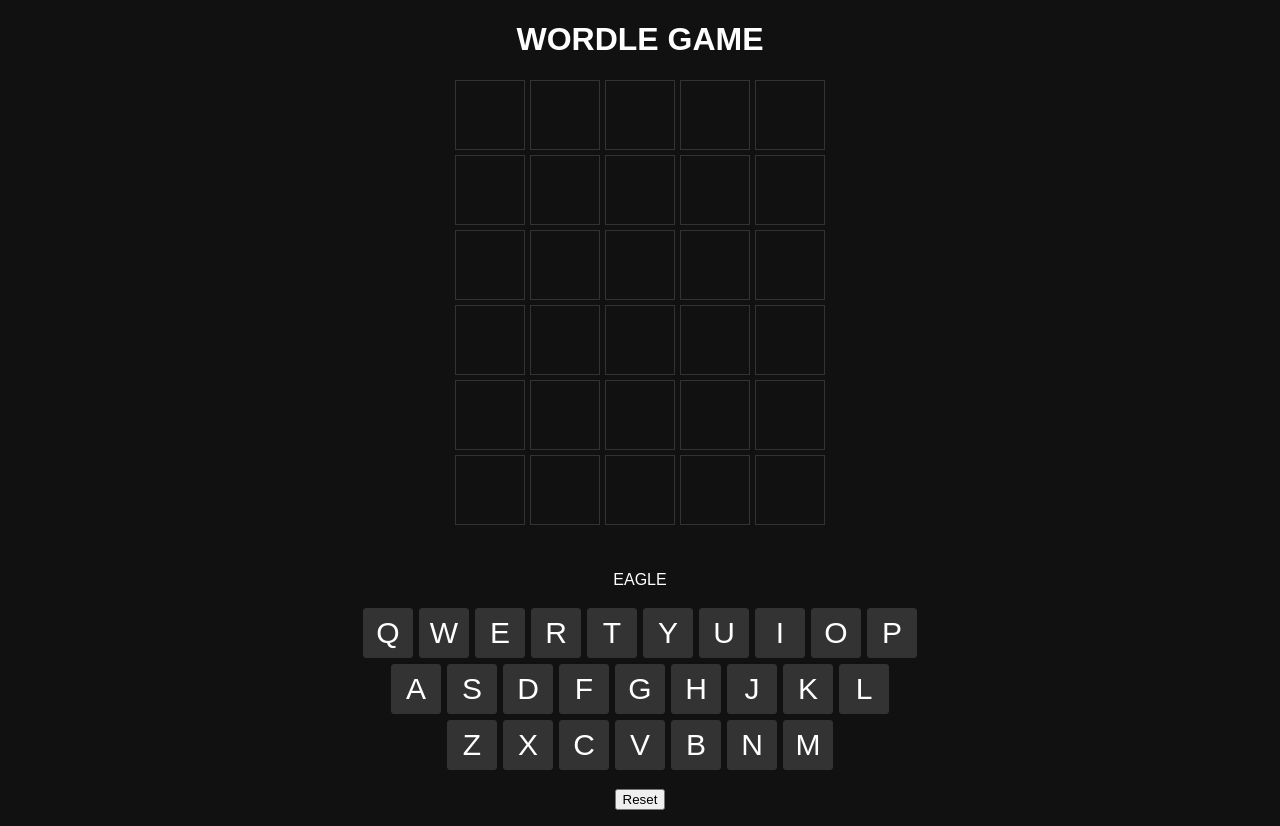
Repository: KarimIsaac/WorldeGame
Page: index.html
An editor plug-in stored every save of this project. The page is shown before and after the next save, followed by the edit.
The browser window is 1280 px wide. The pictures show the whole page.

Above is the page before, as saved 2022-03-13 06:24:18.

### index.html
<!DOCTYPE html>
<html lang="en">
<head>
    <meta charset="UTF-8">
    <meta http-equiv="X-UA-Compatible" content="IE=edge">
    <meta name="viewport" content="width=device-width, initial-scale=1.0">
    <title>Worlde Game</title>
    <link rel="stylesheet" href="style.css">
</head>
<body>
    <h1>Wordle Game</h1>
    <div id="grid"></div>
    <p id="answer"></p>
    <div id="keyboard"></div>

    <p>
      <button onClick="init()">Reset</button>
      </o>

      <script src="script.js"></script>
</body>
</html>

### style.css
html,
body {
  text-align: center;
  background: #111;
  color: white;
  text-transform: uppercase;
  font-family: sans-serif;
}

#grid {
  display: inline-grid;
  grid-template-rows: repeat(6, 70px);
  grid-template-columns: repeat(5, 70px);
  gap: 5px;
  margin-bottom: 30px;
}

#grid div {
  border: 1px solid #333;
  display: flex;
  align-items: center;
  justify-content: center;
  font-size: 40px;
}

#keyboard button {
  appearance: none;
  border: 1px solid #333;
  background: #333;
  color: white;
  font-size: 30px;
  display: inline-block;
  width: 50px;
  height: 50px;
  line-height: 1;
  margin: 3px;
  text-transform: uppercase;
  border-radius: 3px;
}

### script.js
const grid = document.getElementById("grid");
const keyboard = document.getElementById("keyboard");

let answer = "";

const words = ["panic", "world", "eagle", "bends"];

let attempts = [];
let currentAttempt = "";

function drawGrid() {
  grid.innerHTML = "";

  for (i = 0; i < 6; i++) {
    for (j = 0; j < 5; j++) {
      const cell = document.createElement("div");
      grid.appendChild(cell);
    }
  }
}

function drawKeyboard() {
  keyboard.innerHTML = "";

  renderKeyboardRow("qwertyuiop");
  renderKeyboardRow("asdfghjkl");
  renderKeyboardRow("zxcvbnm");
}

function renderKeyboardRow(chars) {
  const row = document.createElement("div");

  for (const c of chars) {
    const key = document.createElement("button");
    key.textContent = c;
    key.onclick = () => playLetter(c);

    row.appendChild(key);
  }

  keyboard.appendChild(row);
}

function renderAttempts() {
  for (i = 0; i < attempts.length; i++) {
    const attempt = attempts[i];

    for (j = 0; j < 5; j++) {
      const letter = attempt[j];

      cell = grid.children[i * 5 + j];
      cell.textContent = letter;

      if (letter === answer[j]) {
        cell.style.backgroundColor = "green";
      } else if (answer.includes(letter)) {
        cell.style.backgroundColor = "#bfbf2e";
      } else {
        cell.style.backgroundColor = "#000";
      }
    }
  }
}

function renderCurrentAttempt() {
  for (i = 0; i < 5; i++) {
    const letter = currentAttempt[i] || "";

    cell = grid.children[attempts.length * 5 + i];
    cell.textContent = letter;
  }
}

function playLetter(letter) {
  currentAttempt = currentAttempt + letter;

  renderCurrentAttempt();
}

function handleInput(e) {
  const key = e.key.toLowerCase();

  if (key === "enter" && currentAttempt.length === 5) {
    attempts.push(currentAttempt);
    currentAttempt = "";

    renderAttempts();
  }

  if (key === "backspace" && currentAttempt.length) {
    const letters = currentAttempt.split("");
    letters.pop();
    currentAttempt = letters.join("");

    renderCurrentAttempt();
  }

  if (/^[a-z]$/.test(key) && currentAttempt.length < 5) {
    playLetter(key);
  }
}

function init() {
  attempts = [];
  currentAttempt = "";

  answer = words[Math.floor(Math.random() * words.length)];

  document.getElementById("answer").textContent = answer;

  drawGrid();
  drawKeyboard();

  renderAttempts();
  renderCurrentAttempt();

  document.removeEventListener("keydown", handleInput);
  document.addEventListener("keydown", handleInput);
}

init();

After the next save:
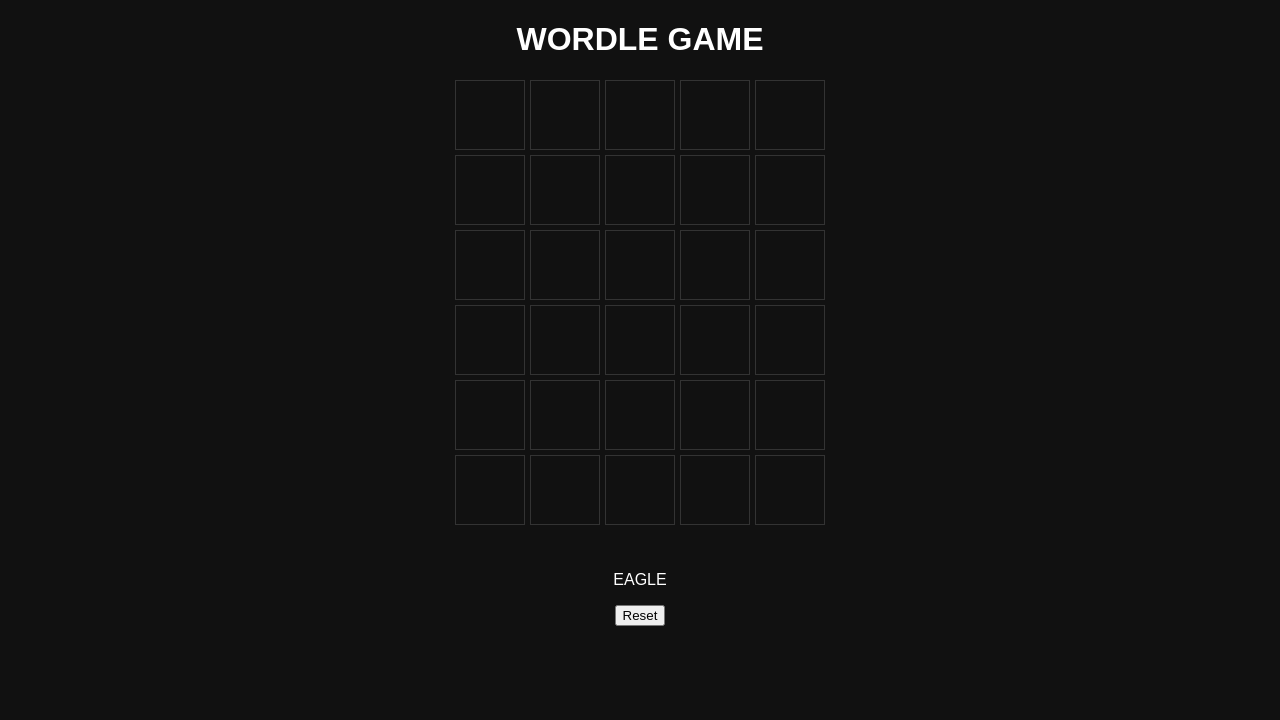
Console error: ReferenceError: drawKeyboard is not defined
Saved 50 s later.
--- a/script.js
+++ b/script.js
@@ -19,13 +19,7 @@
   }
 }
 
-function drawKeyboard() {
-  keyboard.innerHTML = "";
 
-  renderKeyboardRow("qwertyuiop");
-  renderKeyboardRow("asdfghjkl");
-  renderKeyboardRow("zxcvbnm");
-}
 
 function renderKeyboardRow(chars) {
   const row = document.createElement("div");

After the 3 saves that followed:
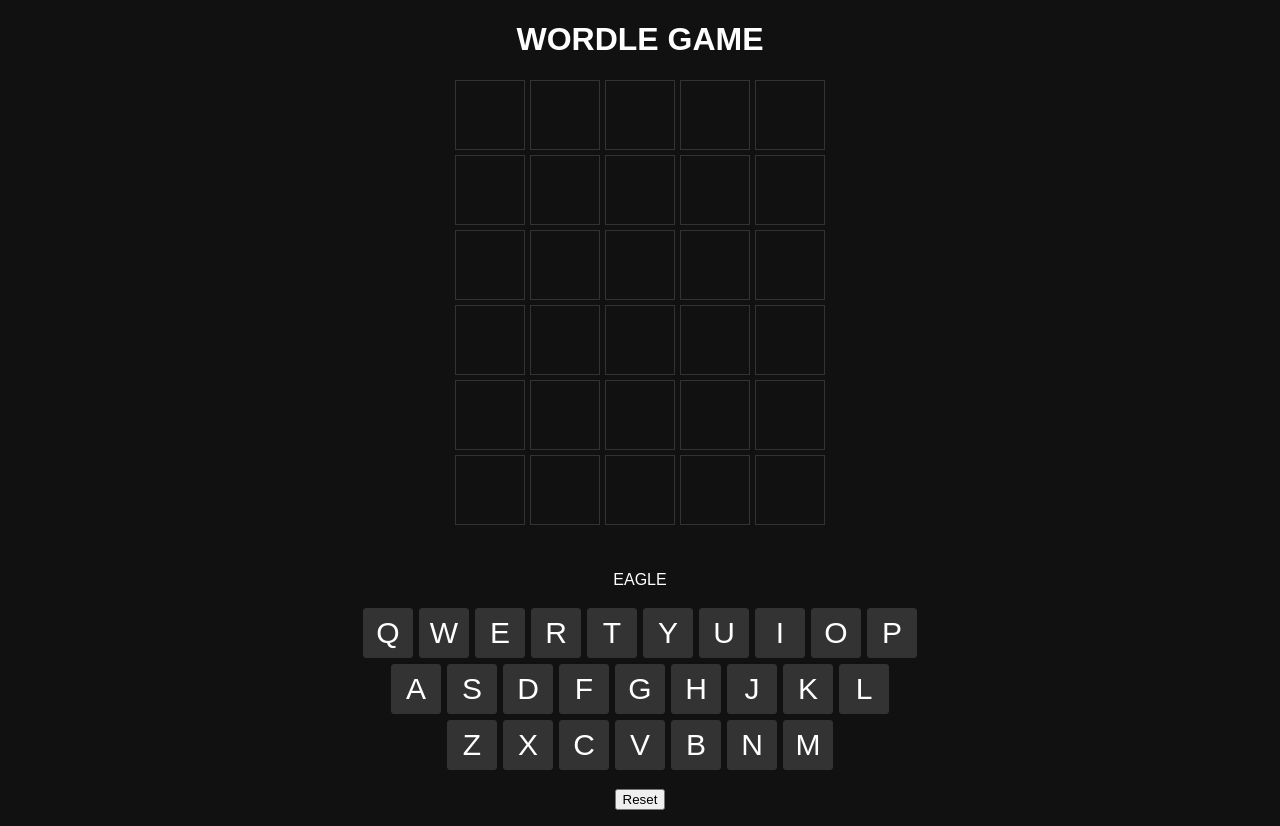
The error is gone.
The 3 saves are shown as one change because they came seconds apart.
The last was saved 8 s later.
--- a/script.js
+++ b/script.js
@@ -19,7 +19,13 @@
   }
 }
 
+function drawKeyboard() {
+  keyboard.innerHTML = "";
 
+  renderKeyboardRow("qwertyuiop");
+  renderKeyboardRow("asdfghjkl");
+  renderKeyboardRow("zxcvbnm");
+}
 
 function renderKeyboardRow(chars) {
   const row = document.createElement("div");
